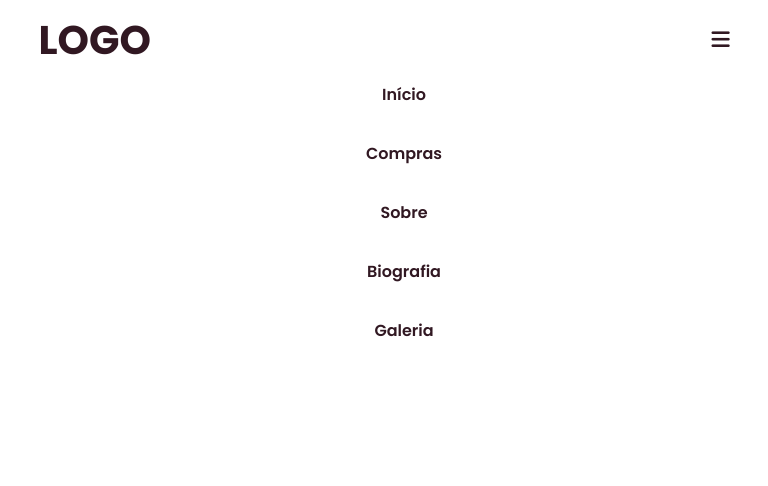
Repository: Matheus904-12/Teste
Page: teste.html
An editor plug-in stored every save of this project. The page is shown before and after a run of saves, followed by the edit.
The browser window is 768 px wide. The pictures show the whole page.
Some web libraries are served in a nearby version.

Above is the page before, as saved 2023-11-01 10:20:40.

After the next 3 saves:
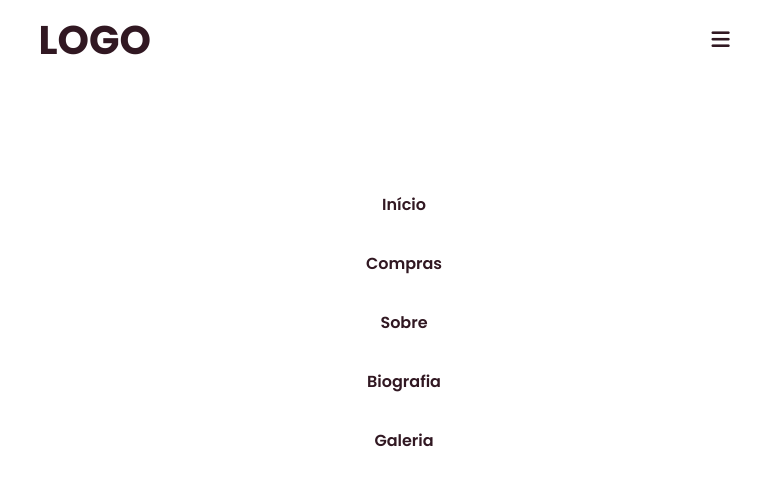
The 3 saves are shown as one change because they came seconds apart.
The last was saved 10 s later.
--- a/css.css
+++ b/css.css
@@ -83,6 +83,7 @@ header nav #toggle {
         left: -00%;
         top: 80px;
         width: 100%;
-        padding
+        padding-top: 110px;
+        ba
     }
 }
